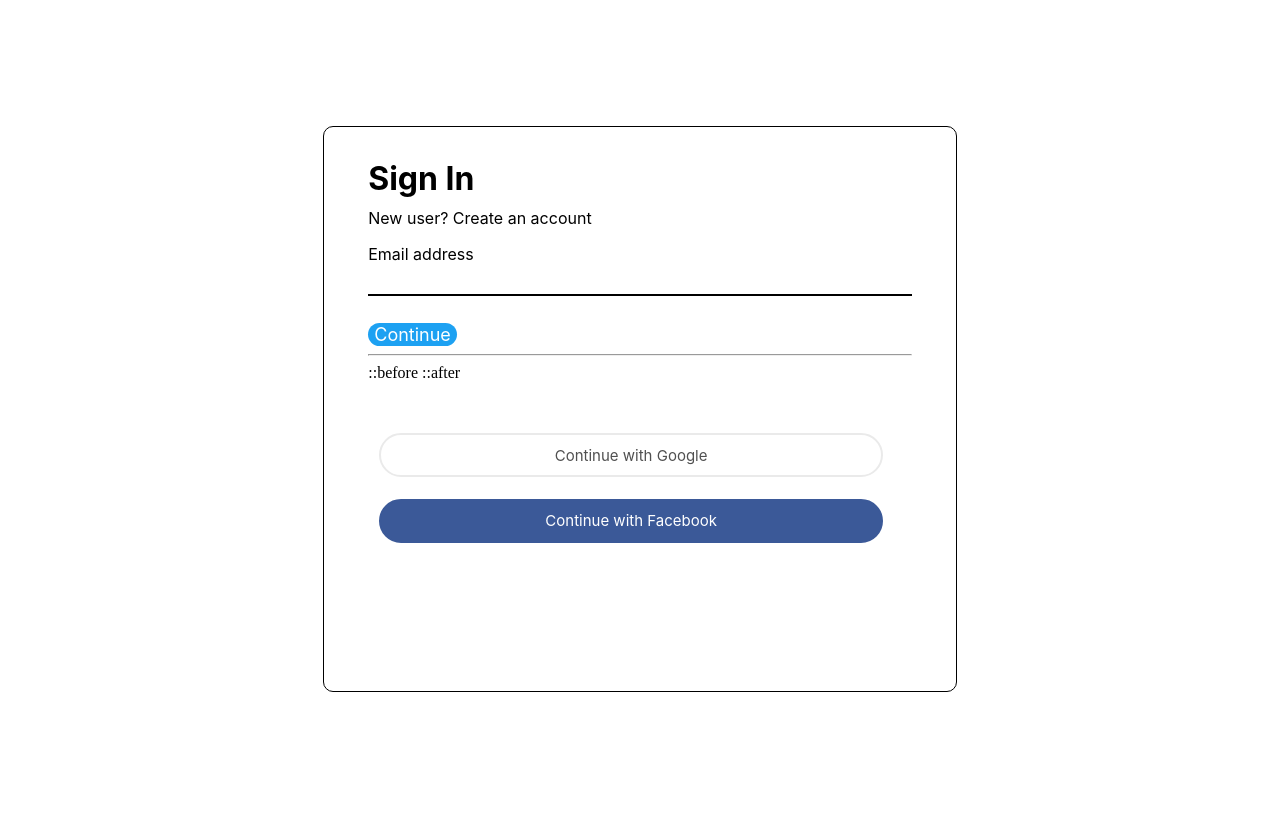
Repository: thangluu93/WereWolf
Page: Template/signIn.html
These files come from the project's save history. The page is drawn as it stood at one moment and after the next save; the edit follows.
The browser window is 1280 px wide. The pictures show the whole page.

Above is the page before, as saved 2020-01-13 13:40:34.

After the next save:
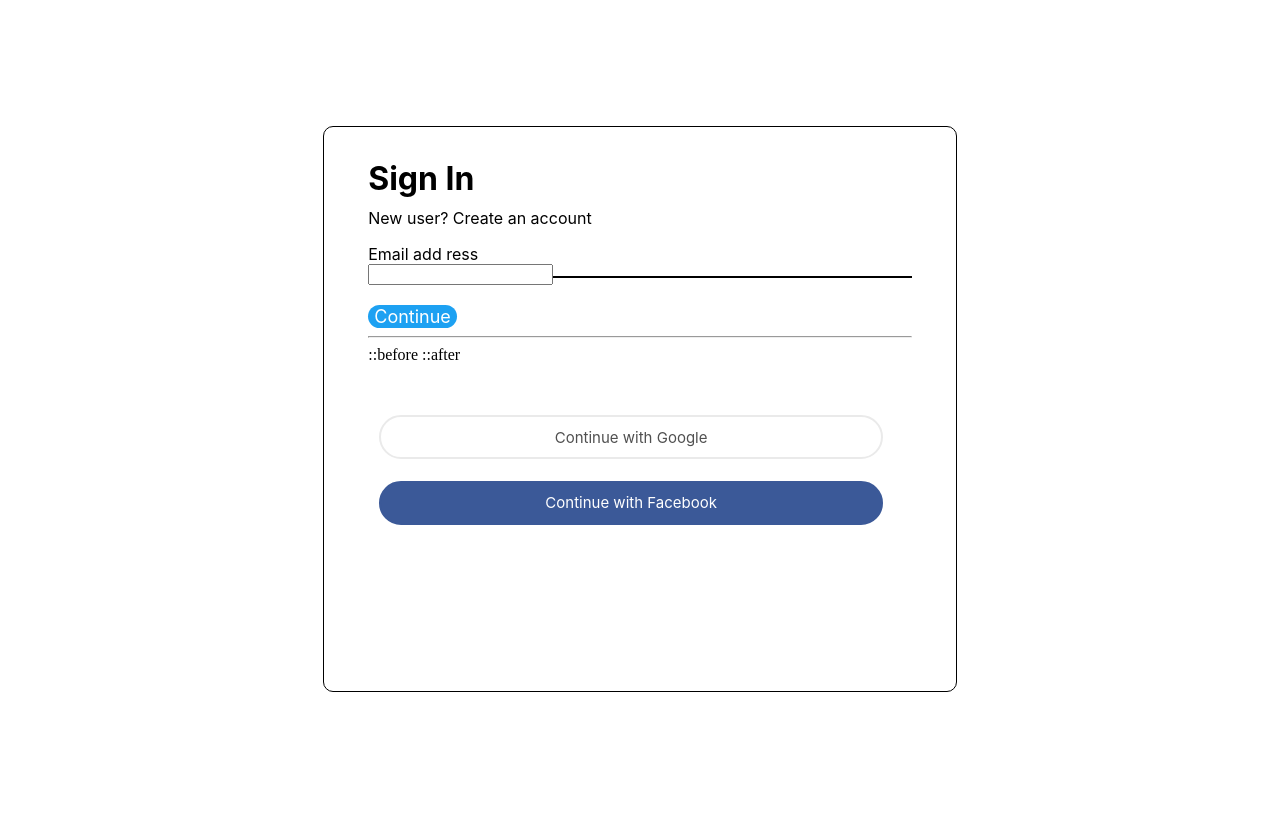
Saved 23 s later.
--- a/Template/signIn.html
+++ b/Template/signIn.html
@@ -16,7 +16,7 @@
                     </div>
                     <div class="emailLayout">
                         <div class="field">
-                            <p style="margin-bottom: 0;"> Email address </p>
+                            <p style="margin-bottom: 0;"> Email add ress </p>
                             <input type="email" class="emailField">
                         </div>
                         <div class="emailContinue">
--- a/Stylesheet/signInStyle.css
+++ b/Stylesheet/signInStyle.css
@@ -87,7 +87,7 @@ a{
     text-decoration: none;
 }
 
-.emailField{
+.Field{
     width: 100%;
     height: 2rem;
     margin:0 0 5% 0;
